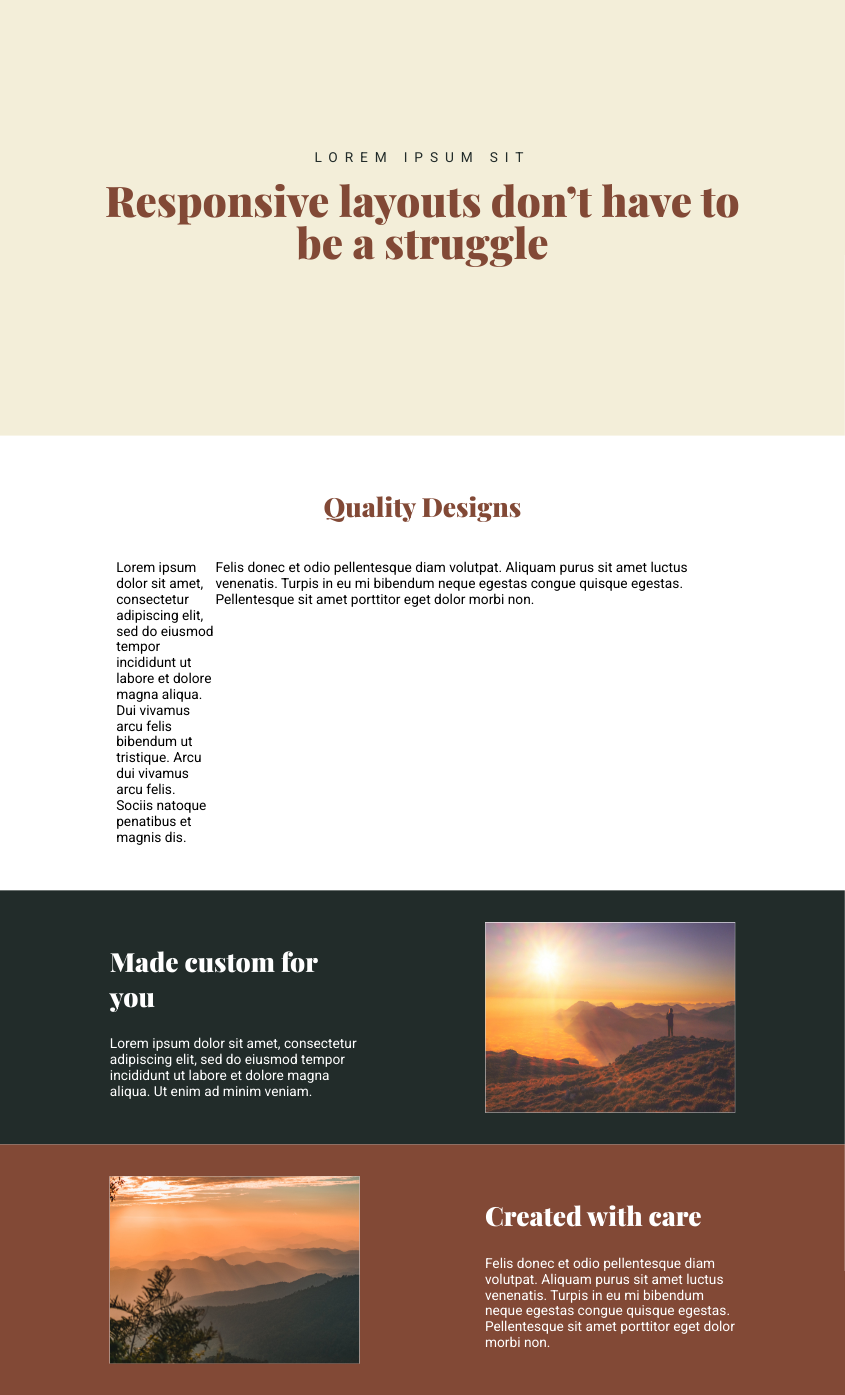
Repository: GregG21/Kevin-Powell-21-day-challange
Page: Day 12/index.html
An editor plug-in stored every save of this project. The page is shown before and after the next save, followed by the edit.
The browser window is 1280 px wide. The pictures show the whole page, at 66% of full size.
The style sheet was rebuilt from its Sass, Less or Tailwind sources for each picture, by a compiler version that may differ from the author's.

Above is the page before, as saved 2020-09-12 09:02:27.

After the next save:
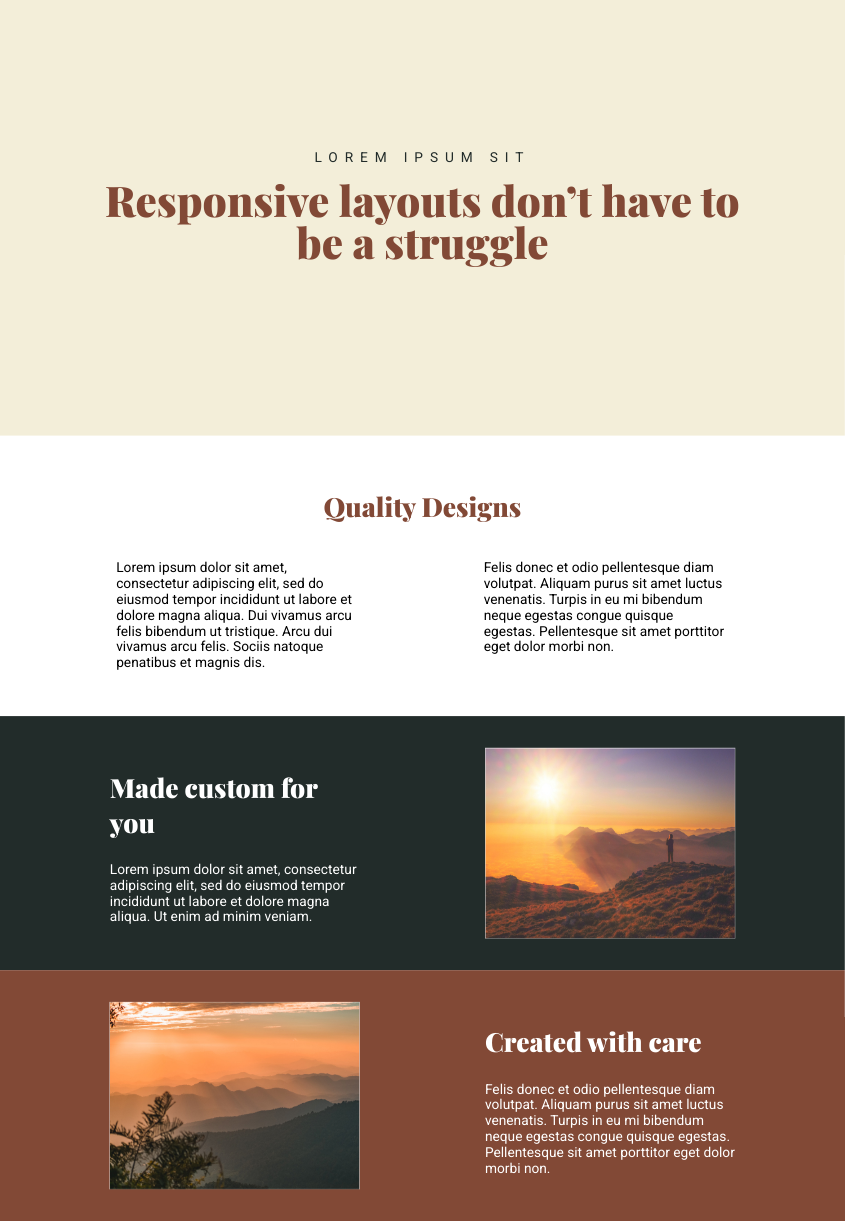
Saved 9 s later.
--- a/Day 12/index.html
+++ b/Day 12/index.html
@@ -32,7 +32,7 @@
           felis. Sociis natoque penatibus et magnis dis.
           </p>
 
-          <p>
+          <p class="section__text">
           Felis donec et odio pellentesque diam volutpat. Aliquam purus sit
           amet luctus venenatis. Turpis in eu mi bibendum neque egestas congue
           quisque egestas. Pellentesque sit amet porttitor eget dolor morbi
